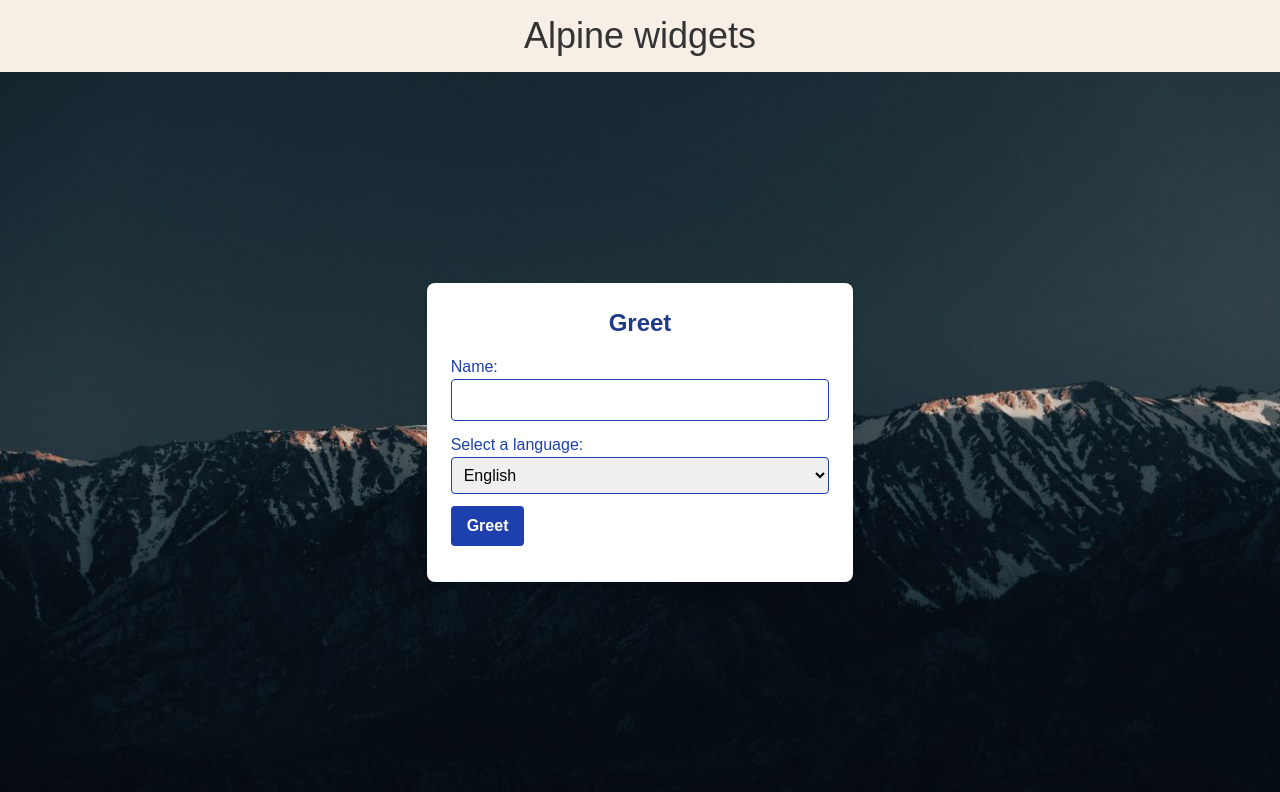
Repository: lasity34/alpine-bootcamp-widgets
Page: index.html
These files come from the project's save history. The page is drawn as it stood at one moment and after the next save; the edit follows.
The browser window is 1280 px wide. The pictures show the whole page.
Some web fonts or font styles are not loaded; a fallback is used. Some web libraries are served in a nearby version.

Above is the page before, as saved 2023-07-12 11:40:55.

### index.html
<!DOCTYPE html>
<html lang="en">
  <head>
    <meta charset="UTF-8" />
    <meta name="viewport" content="width=device-width, initial-scale=1.0" />
    <title>Alpine bootcamp widgets</title>
    <script src="//unpkg.com/alpinejs" defer></script>
    <link
      href="https://cdn.jsdelivr.net/npm/tailwindcss@2.1.2/dist/tailwind.min.css"
      rel="stylesheet"
    />
    <link rel="preconnect" href="https://fonts.googleapis.com" />
    <link rel="preconnect" href="https://fonts.gstatic.com" crossorigin />
    <link
      href="https://fonts.googleapis.com/css2?family=Titillium+Web:ital@0;1&family=Tsukimi+Rounded:wght@300;400;500&display=swap"
      rel="stylesheet"
    />
    <link rel="stylesheet" href="./style.css" />
  </head>
  <body>
    <h1 class="text-4xl text-center mt-4 pb-4">Alpine widgets</h1>
    <div
      class="widget_container flex justify-center items-center h-screen  from-green-500 via-blue-600 to-purple-700"
    >
      <section
        class="w-1/3 bg-white rounded-lg shadow-lg p-6 m-4"
        x-data="greet"
      >
        <h2 class="text-2xl text-center font-bold mb-4 text-blue-900">Greet</h2>
        <div>
          <label class="text-blue-800">Name:</label>
          <input
            type="text"
            x-model="name"
            class="border border-blue-800 p-2 rounded w-full"
          />

          <label class="mt-3 block text-blue-800">Select a language:</label>
          <select
            x-model="language"
            class="border border-blue-800 p-2 rounded w-full"
          >
            <option>English</option>
            <option>French</option>
            <option>Spanish</option>
          </select>

          <button
            @click="greeting()"
            class="mt-3 bg-blue-800 hover:bg-blue-900 text-white font-bold py-2 px-4 rounded"
          >
            Greet
          </button>

          <p class="mt-3 text-purple-700" x-text="message"></p>
        </div>
      </section>
    </div>

    <script src="./greet.js"></script>
  </body>
</html>

### style.css
body {
    background-color:rgb(247, 239, 229);

    font-family: 'Tsukimi Rounded', sans-serif;
}

h1 {
    box-shadow: 0 10px 10px -10px rgba(0,0,0,0.2);
    font-family: 'Tsukimi Rounded', sans-serif;
    color: #333;
}

.widget_container {
    background-image: url(./background.jpg);
    background-repeat: no-repeat;
    background-size: cover;
    background-position: center;
}

### greet.js


function greet() {
  return {
    name: '',
    language: '',
    message: '',
    greeting() {
      if (this.language === 'English') {
        this.message = `Hello ${this.name}`
      } else if (this.language === 'French') {
        this.message = `Bonjour ${this.name}`
      } else if (this.language === 'Spanish') {
        this.message = `Hola ${this.name}`
      }
    }
  }
}



document.addEventListener("alpine:init", () => {
    Alpine.data("greet", greet);
  });

After the next save:
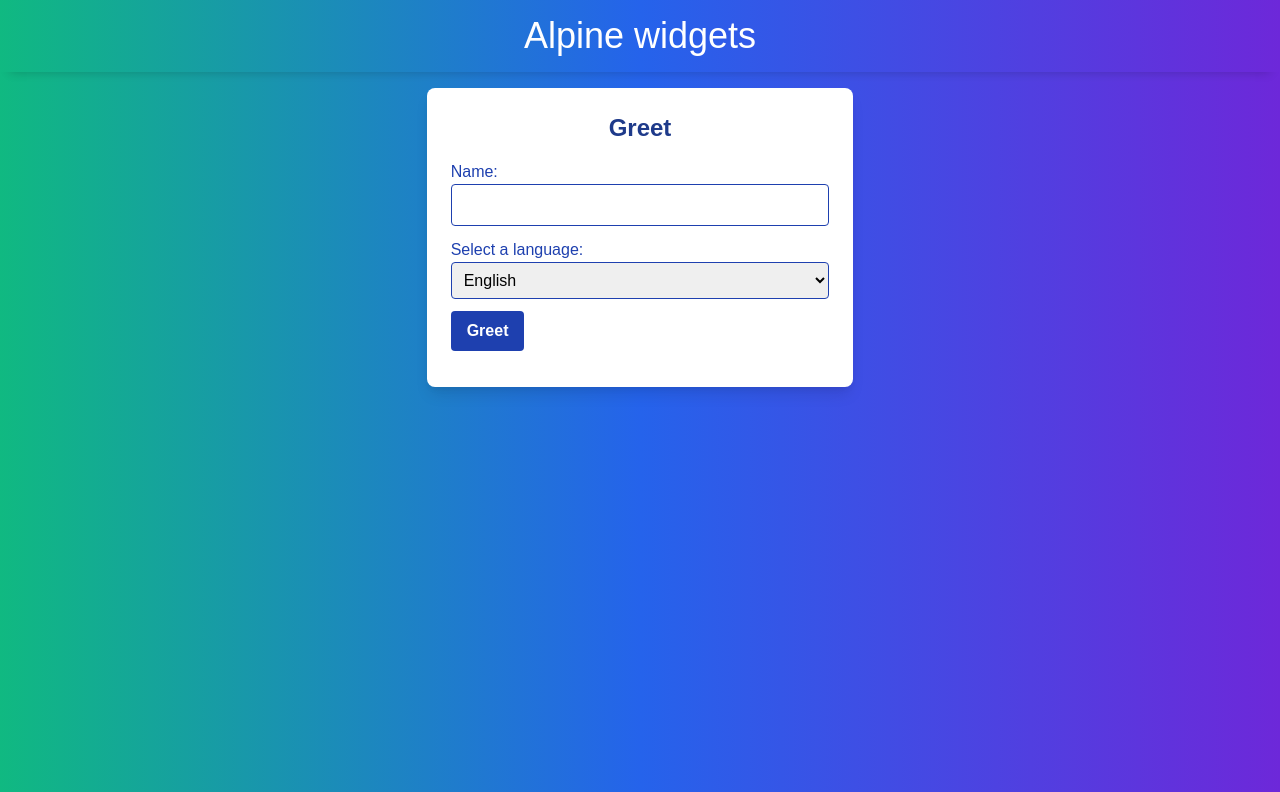
Saved 2 min 15 s later.
--- a/index.html
+++ b/index.html
@@ -17,11 +17,9 @@
     />
     <link rel="stylesheet" href="./style.css" />
   </head>
-  <body>
-    <h1 class="text-4xl text-center mt-4 pb-4">Alpine widgets</h1>
-    <div
-      class="widget_container flex justify-center items-center h-screen  from-green-500 via-blue-600 to-purple-700"
-    >
+  <body class="bg-gradient-to-r from-green-500 via-blue-600 to-purple-700">
+    <h1 class="text-4xl text-center mt-4 pb-4 text-white">Alpine widgets</h1>
+    <div class="flex justify-around items-start h-screen">
       <section
         class="w-1/3 bg-white rounded-lg shadow-lg p-6 m-4"
         x-data="greet"
@@ -52,9 +50,12 @@
             Greet
           </button>
 
-          <p class="mt-3 text-purple-700" x-text="message"></p>
+          <p class="mt-3 text-purple-700 text-2xl" x-text="message"></p> <!-- Making the message text larger -->
         </div>
       </section>
+
+      <!-- Here you can add two more widgets like the one above -->
+
     </div>
 
     <script src="./greet.js"></script>
